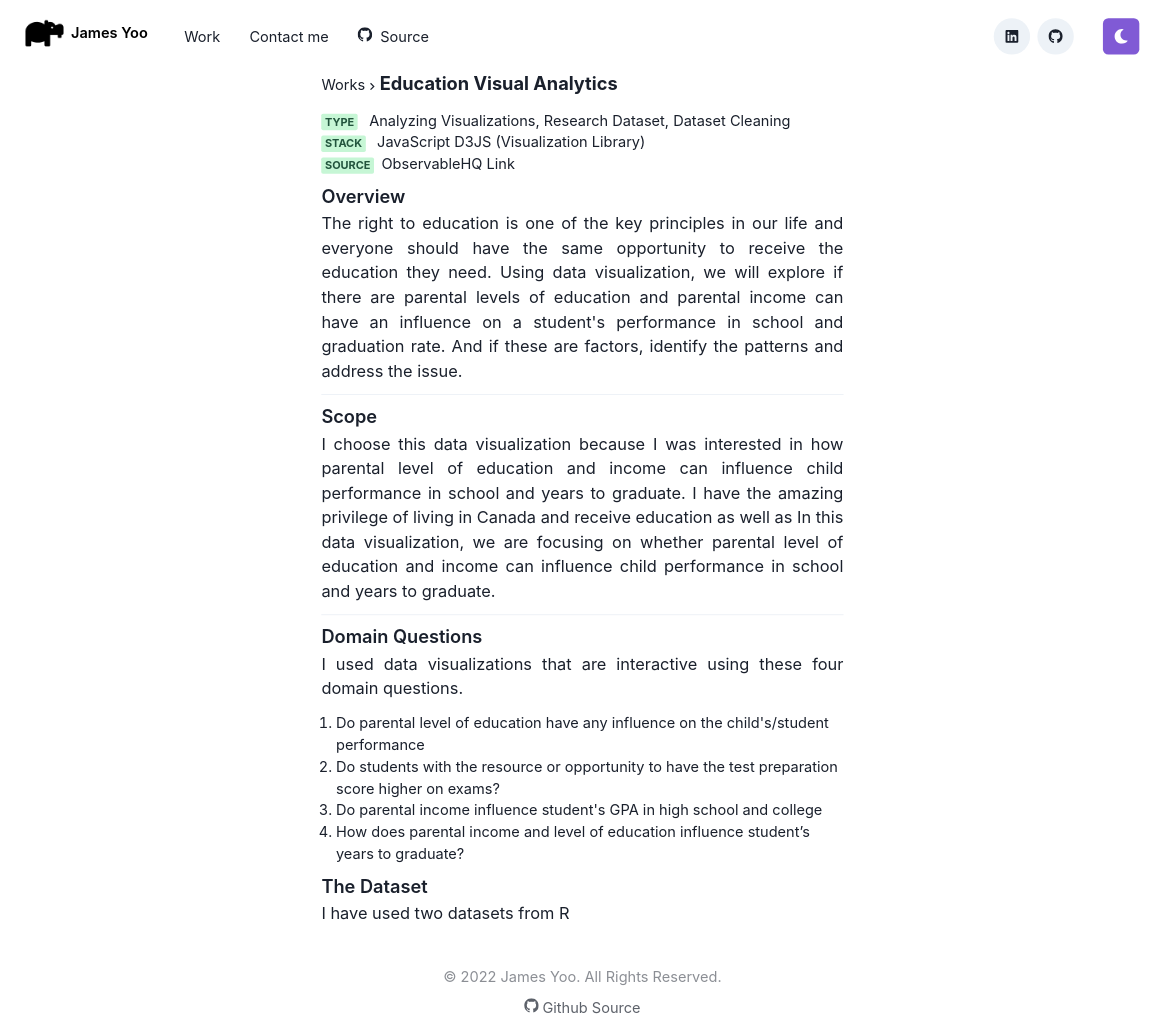
Repository: jammy729/portfolio-2022
Page: /work/educationvisualanalytics
The author's editor kept a copy of each file at every save. The page is drawn from the files as they stood at one save, then again after the next save.
The browser window is 1280 px wide. The pictures show the whole page, at 91% of full size.
The project was rebuilt for these pictures with package versions that can differ from the ones it lists, and the page was loaded fresh each time. Also part of the build but not shown: src/components/home.js, src/components/contact.js, src/components/layouts/layout.js, src/components/work/work.js, src/components/work/Development/WorldInstitutionDatabase/worldinstitutiondatabase.js, src/components/work/Development/GeoMemories/geomemories.js, src/components/work/Design/ExperienceDesign/experiencedesign.js, src/components/work/Development/PersonalPortfolio/personalportfolio.js. Imported but missing from the stored project, and not drawn on this page: src/components/work/Design/FinestCup/finestcup, src/components/work/Development/WorldInstitutionDatabase/universityDatabase.mp4.

Above is the page before, as saved 2022-06-28 15:59:33.

After the next save:
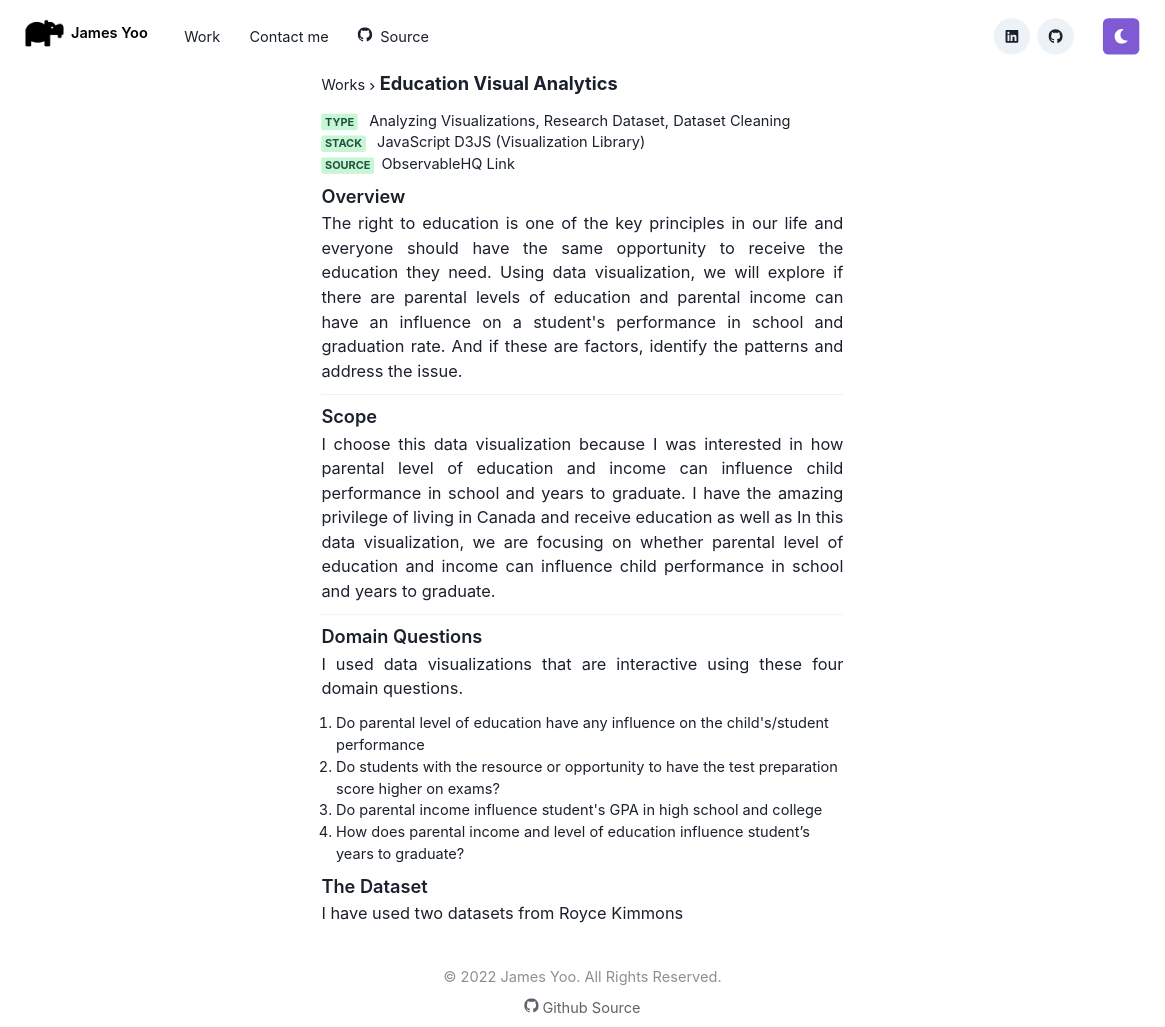
Saved 5 s later.
--- a/src/components/work/Development/EducationVisualAnalytics/educationvisualanalytics.js
+++ b/src/components/work/Development/EducationVisualAnalytics/educationvisualanalytics.js
@@ -90,7 +90,7 @@
         {/* THE DATASET  */}
         <Writing size="md" title="The Dataset" />
         <DescriptionText>
-          I have used two datasets from R
+          I have used two datasets from Royce Kimmons
         </DescriptionText>
       </Container>
     </Box>
